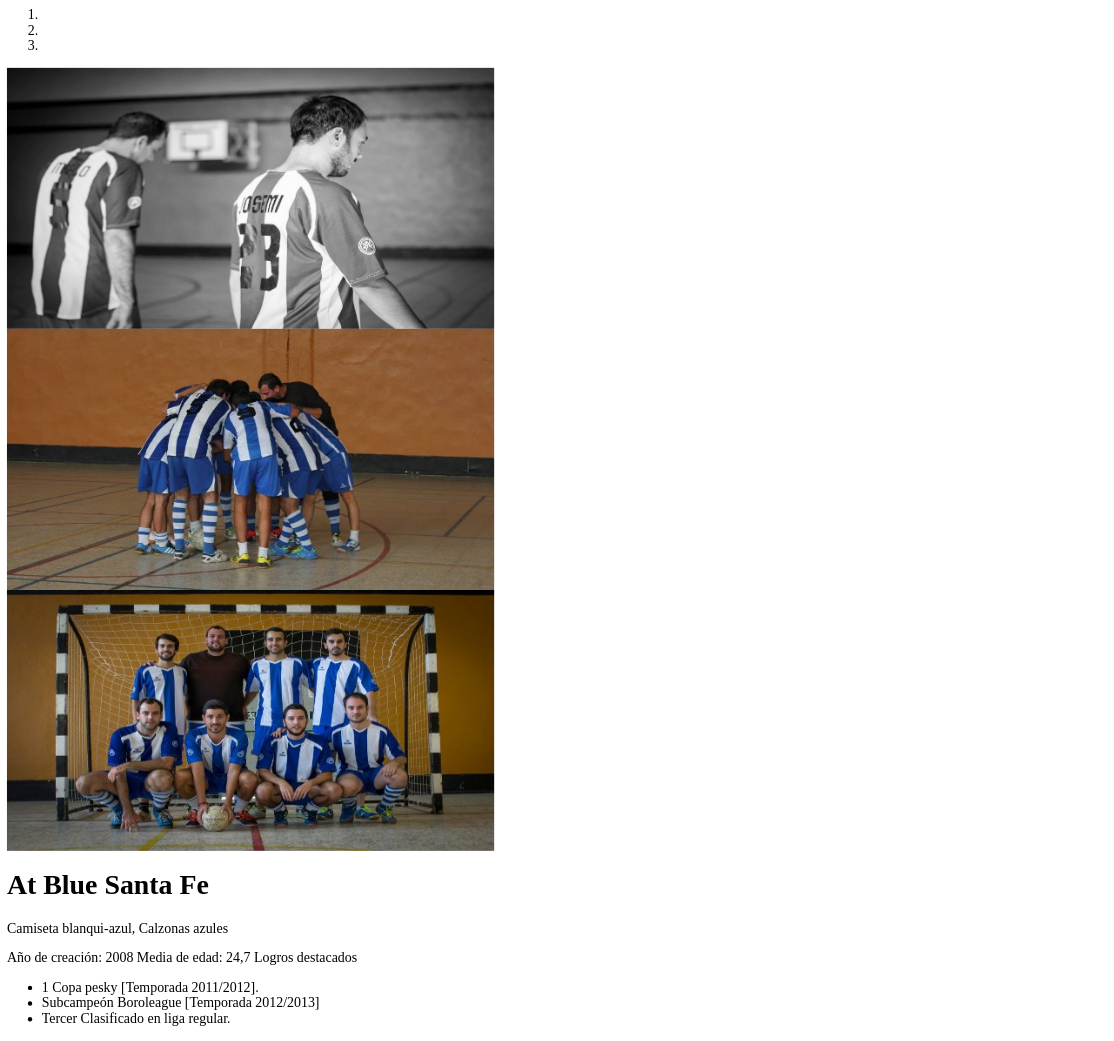
Repository: DiegoGodoy/atletiblue
Page: app/views/plantilla.html
The author's editor kept a record of every edit. The page is drawn from the files as they stood at one moment, then again after the next edit.
The browser window is 1280 px wide. The pictures show the whole page, at 87% of full size.

Above is the page before.

After the next edit:
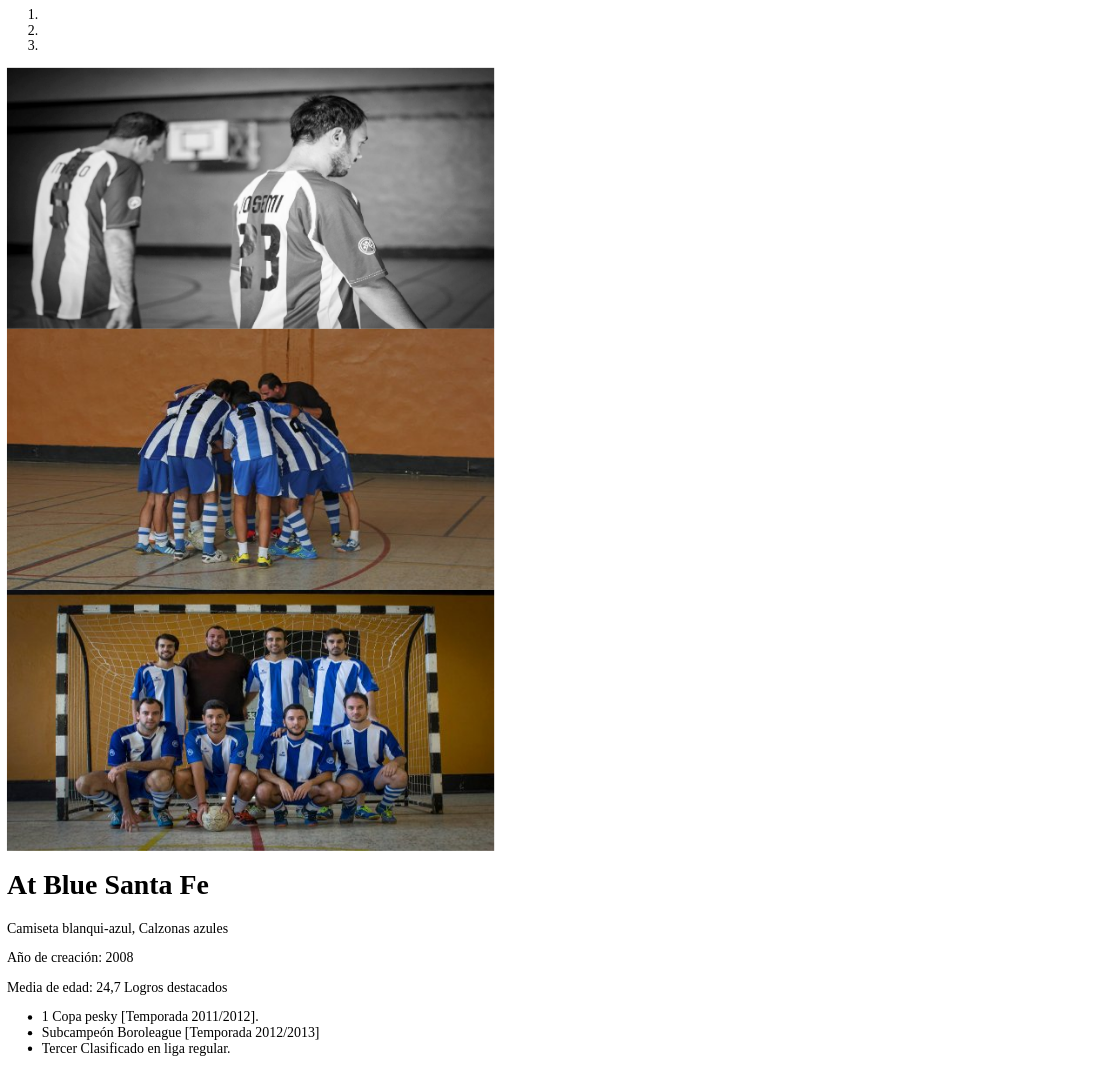
The edit:
--- a/app/views/plantilla.html
+++ b/app/views/plantilla.html
@@ -39,7 +39,7 @@
                             <h1>At Blue Santa Fe</h1>
                             <p>Camiseta blanqui-azul, Calzonas azules</p>
 
-                            Año de creación: 2008
+                            Año de creación: 2008</p>
 
                             Media de edad: 24,7
 
